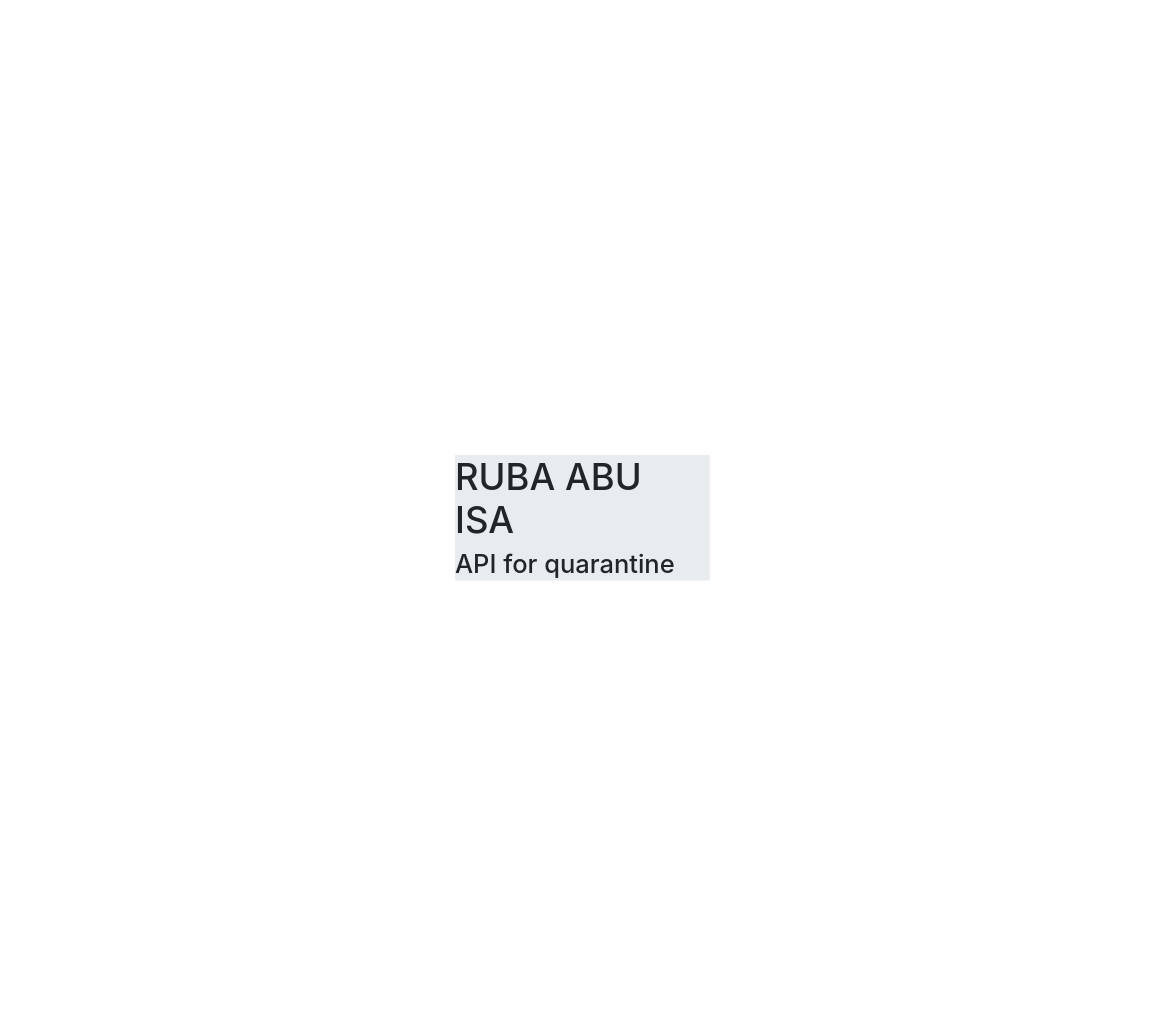
Repository: rubaabu/Fullstack-bitberry
Page: server/index.html
The author's editor kept a copy of each file at every save. The page is drawn from the files as they stood at one save, then again after the next save.
The browser window is 1280 px wide. The pictures show the whole page, at 91% of full size.

Above is the page before, as saved 2020-04-02 15:45:52.

### server/index.html
<!DOCTYPE html>
<html lang="en">
<head>
    <meta charset="UTF-8">
    <meta name="viewport" content="width=device-width, initial-scale=1.0">
    <title>Ruba</title>

    <link rel="stylesheet" type="text/css" href="style.css">
    <link rel="stylesheet" href="https://stackpath.bootstrapcdn.com/bootstrap/4.4.1/css/bootstrap.min.css" integrity="sha384-Vkoo8x4CGsO3+Hhxv8T/Q5PaXtkKtu6ug5TOeNV6gBiFeWPGFN9MuhOf23Q9Ifjh" crossorigin="anonymous">
</head>
<body>
    <header>
        <div class="header">
            <h1>RUBA ABU ISA</h1>
            <h3>API for quarantine</h3>
        </div>
    </header>
</body>
</html>

### server/style.css
header {
    background-color: #E9ECEF;
    margin: 500px
}

After the next save:
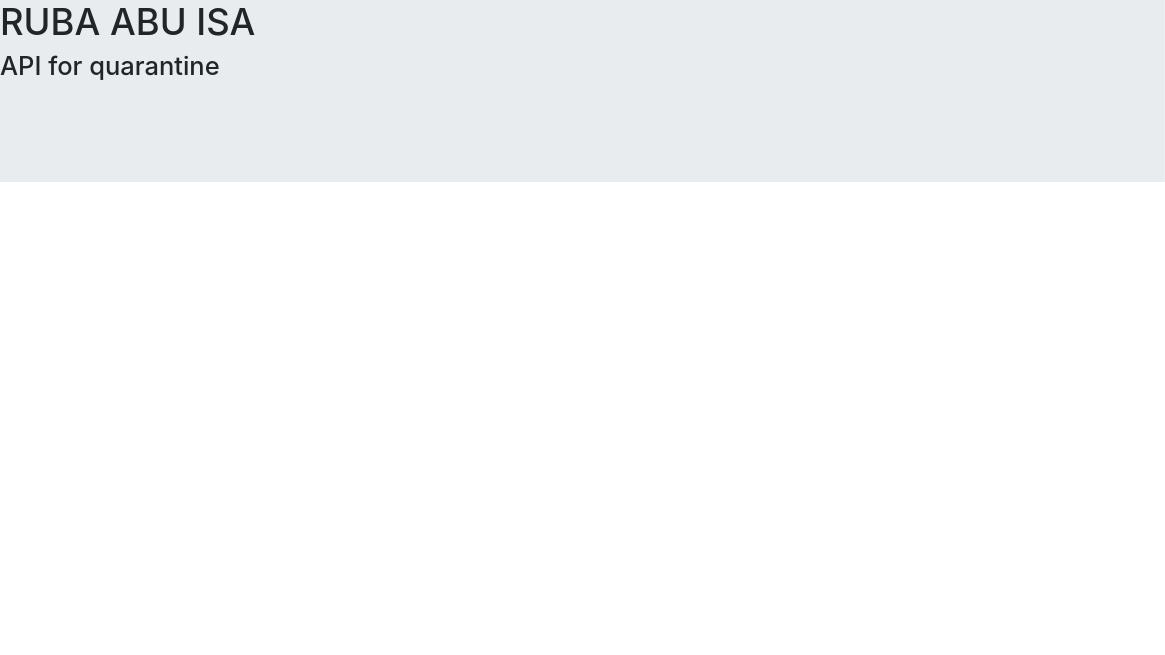
Saved 12 s later.
--- a/server/style.css
+++ b/server/style.css
@@ -1,4 +1,4 @@
 header {
     background-color: #E9ECEF;
-    margin: 500px
+    height: 200px;
 }
